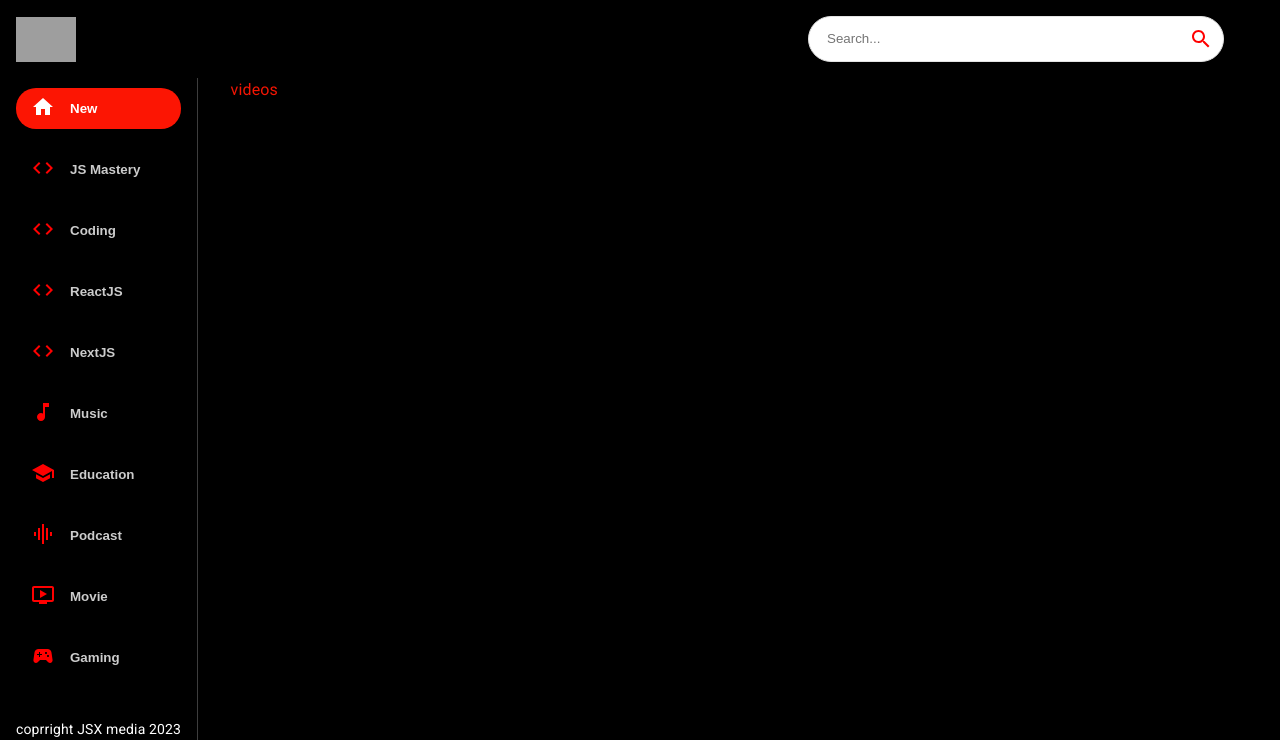
Repository: hieuhieu10/youtube_clone
Page: /
An editor plug-in stored every save of this project. The page is shown before and after the next save, followed by the edit.
The browser window is 1280 px wide. The pictures show the whole page.
Pictures or frames that could not be fetched are drawn as grey boxes. The project was rebuilt for these pictures with package versions that can differ from the ones it lists, and the page was loaded fresh each time. Also part of the build but not shown: src/components/ChannelDetail.jsx, src/components/VideoDetail.jsx, src/components/SearchFeed.jsx.

Above is the page before, as saved 2023-04-13 18:55:48.

### public/index.html
<!DOCTYPE html>
<html lang="en">

<head>
  <meta charset="utf-8" />
  <link rel="icon" href="%PUBLIC_URL%/favicon.ico" />
  <meta name="viewport" content="width=device-width, initial-scale=1" />
  <meta name="theme-color" content="#000000" />
  <meta name="description" content="Web site created using create-react-app" />
  <link rel="apple-touch-icon" href="%PUBLIC_URL%/logo192.png" />

  <link rel="manifest" href="%PUBLIC_URL%/manifest.json" />
  <link rel="stylesheet" href="https://fonts.googleapis.com/icon?family=Material+Icons" />
  <link rel="stylesheet" href="https://fonts.googleapis.com/css?family=Roboto:300,400,500,700&display=swap" />
  <title>youtube Clone</title>
</head>

<body>
  <noscript>You need to enable JavaScript to run this app.</noscript>
  <div id="root"></div>

</body>

</html>

### src/index.js
import React from "react";
import  ReactDOM  from "react-dom/client";

import App from "./App";
import './index.css';

const root = ReactDOM.createRoot(document.getElementById('root'))
root.render(<App/>)

### src/App.js
import React from 'react'
import { BrowserRouter, Routes, Route } from 'react-router-dom'
import { Box } from '@mui/material'

import { Navbar, ChannelDetail, Feed, SearchFeed, VideoDetail } from './components'

const App = () => (
      <BrowserRouter>
      <Box sx={{backgroundColor: '#000'}}>
         < Navbar/>
          <Routes>
            <Route path='/' exact element={<Feed/>}/>
            <Route path='/video/:id'  element={<VideoDetail/>}/>
            <Route path='/Channel/:id'  element={<ChannelDetail/>}/>
            <Route path='/Search/:SearchTerm'  element={<SearchFeed/>}/>
          </Routes>
      </Box>
      </BrowserRouter>
      )

export default App

### src/components/index.js
export {default as Navbar}  from './Navbar'
export {default as Feed} from './Feed'
export {default as ChannelDetail} from './ChannelDetail'
export {default as VideoDetail} from './VideoDetail'
export {default as SearchFeed} from './SearchFeed'
export {default as SearchBar} from './SearchBar'
export {default as SideBar} from './SideBar'

### src/components/Navbar.jsx
import { Stack } from "@mui/material"
import { Link } from "react-router-dom"

import {logo} from '../utils/constants'
import SearchBar from "./SearchBar"
const Navbar = () => (
    <Stack direction='row'
    alignItems='center'
    p={2}
    sx={{ position: 'sticky',background: '#000',
    top:0, justifyContent: 'space-between' }}>
      <Link to='/' style={{display: 'flex', alignItems: 'center'}}>
        <img src={logo} alt="logo" height={45}/>
      </Link>
      <SearchBar/>

      </Stack>
  )


export default Navbar

### src/components/Feed.jsx
import { useState, useEffect } from "react"
import { Box, Stack, Typography } from "@mui/material"
import SideBar from "./SideBar"
const Feed = () => {
  return (
    <Stack sx={{flexDirection: {sx: "column", md: "row"}}}>
      <Box sx={{height: {sx: 'auto', md: '92vh', } , borderRight: '1px solid #3d3d3d', px: {sx: 0, md: 2}}}>
        <SideBar/>
        <Typography className="copyright" variant="body2" sx={{mt: 1.5, color: '#fff'}}>
          coprright JSX media 2023
        </Typography>
      </Box>
      <Box>
        <Typography> New
          <span style={{color: '#F31503'}}>
            videos
          </span>
        </Typography>
      </Box>
    </Stack>
  )
}

export default Feed

### src/components/SearchBar.jsx
import { useState } from "react"
import { useNavigate } from "react-router-dom"
import { Paper, IconButton } from "@mui/material"
import {Search} from '@mui/icons-material'

const SearchBar = () => {
  return (
    <Paper component="form" onSubmit={()=>{}}
    sx={{borderRadius: 20 ,
        border: '1px solid #e3e3e3',
        pl:2,
        boxShadow: 'none',
        mr: {sm:5}
        }}>
          <input className="search-bar" placeholder="Search..." value="" onChange={()=>{}}/>
          <IconButton type="submit" sx={{p:'10px', color:'red' }}>
            <Search/>
          </IconButton>

    </Paper>
  )
}

export default SearchBar

### src/components/SideBar.jsx
import { Stack } from "@mui/material"
import { categories } from "../utils/constants"


const selectedCategory = "New"
const SideBar = () => {
  return (
    <Stack direction='row' sx={{overflow: 'auto', height: {sx: 'auto', md: '95%'}, flexDirection: { md: 'column'}}}>
        {categories.map((category) => (
            <button className="category-btn"
              style={{background: category.name === selectedCategory && '#FC1503', color: 'white'}}
              key={category.name}
            >
                <span style={{color: category.name === selectedCategory ? 'white' : 'red',
                  marginRight: '15px'}}>
                  {category.icon}</span>
                <span style={{ opacity: category.name === selectedCategory ? '1' : '0.8'}}>{category.name}</span>

            </button>
        ))}
    </Stack>
  )
}

export default SideBar

### src/utils/constants.js
import MusicNoteIcon from '@mui/icons-material/MusicNote';
import HomeIcon from '@mui/icons-material/Home';
import CodeIcon from '@mui/icons-material/Code';
import OndemandVideoIcon from '@mui/icons-material/OndemandVideo';
import SportsEsportsIcon from '@mui/icons-material/SportsEsports';
import LiveTvIcon from '@mui/icons-material/LiveTv';
import SchoolIcon from '@mui/icons-material/School';
import FaceRetouchingNaturalIcon from '@mui/icons-material/FaceRetouchingNatural';
import CheckroomIcon from '@mui/icons-material/Checkroom';
import GraphicEqIcon from '@mui/icons-material/GraphicEq';
import TheaterComedyIcon from '@mui/icons-material/TheaterComedy';
import FitnessCenterIcon from '@mui/icons-material/FitnessCenter';
import DeveloperModeIcon from '@mui/icons-material/DeveloperMode';

export const logo = 'https://i.ibb.co/s9Qys2j/logo.png';

export const categories = [
  { name: 'New', icon: <HomeIcon />, },
  { name: 'JS Mastery', icon: <CodeIcon />, },
  { name: 'Coding', icon: <CodeIcon />, },
  { name: 'ReactJS', icon: <CodeIcon />, },
  { name: 'NextJS', icon: <CodeIcon />, },
  { name: 'Music', icon: <MusicNoteIcon /> },
  { name: 'Education', icon: <SchoolIcon />, },
  { name: 'Podcast', icon: <GraphicEqIcon />, },
  { name: 'Movie', icon: <OndemandVideoIcon />, },
  { name: 'Gaming', icon: <SportsEsportsIcon />, },
  { name: 'Live', icon: <LiveTvIcon />, },
  { name: 'Sport', icon: <FitnessCenterIcon />, },
  { name: 'Fashion', icon: <CheckroomIcon />, },
  { name: 'Beauty', icon: <FaceRetouchingNaturalIcon />, },
  { name: 'Comedy', icon: <TheaterComedyIcon />, },
  { name: 'Gym', icon: <FitnessCenterIcon />, },
  { name: 'Crypto', icon: <DeveloperModeIcon />, },
];

export const demoThumbnailUrl = 'https://i.ibb.co/G2L2Gwp/API-Course.png';
export const demoChannelUrl = '/channel/UCmXmlB4-HJytD7wek0Uo97A';
export const demoVideoUrl = '/video/GDa8kZLNhJ4';
export const demoChannelTitle = 'JavaScript Mastery';
export const demoVideoTitle = 'Build and Deploy 5 JavaScript & React API Projects in 10 Hours - Full Course | RapidAPI';
export const demoProfilePicture = 'http://dergipark.org.tr/assets/app/images/buddy_sample.png'

Loaded but not shown: src/index.css (common file)

After the next save:
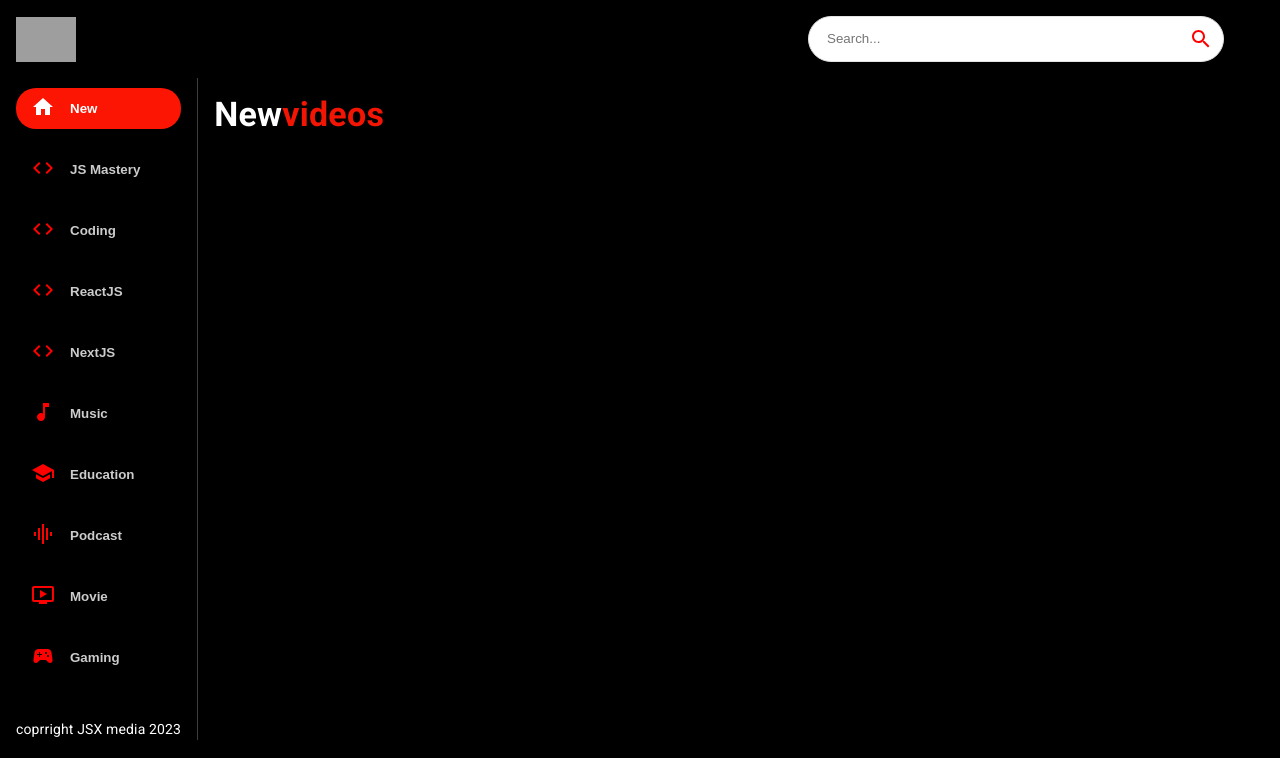
Saved 5 min 35 s later.
--- a/src/components/Feed.jsx
+++ b/src/components/Feed.jsx
@@ -10,8 +10,8 @@
           coprright JSX media 2023
         </Typography>
       </Box>
-      <Box>
-        <Typography> New
+      <Box p={2} sx={{overflow: 'auto', height: '90vh', flex: '2'}}>
+        <Typography variant="h4" fontWeight="bold" mb={2} sx={{color: 'white'}}> New
           <span style={{color: '#F31503'}}>
             videos
           </span>
